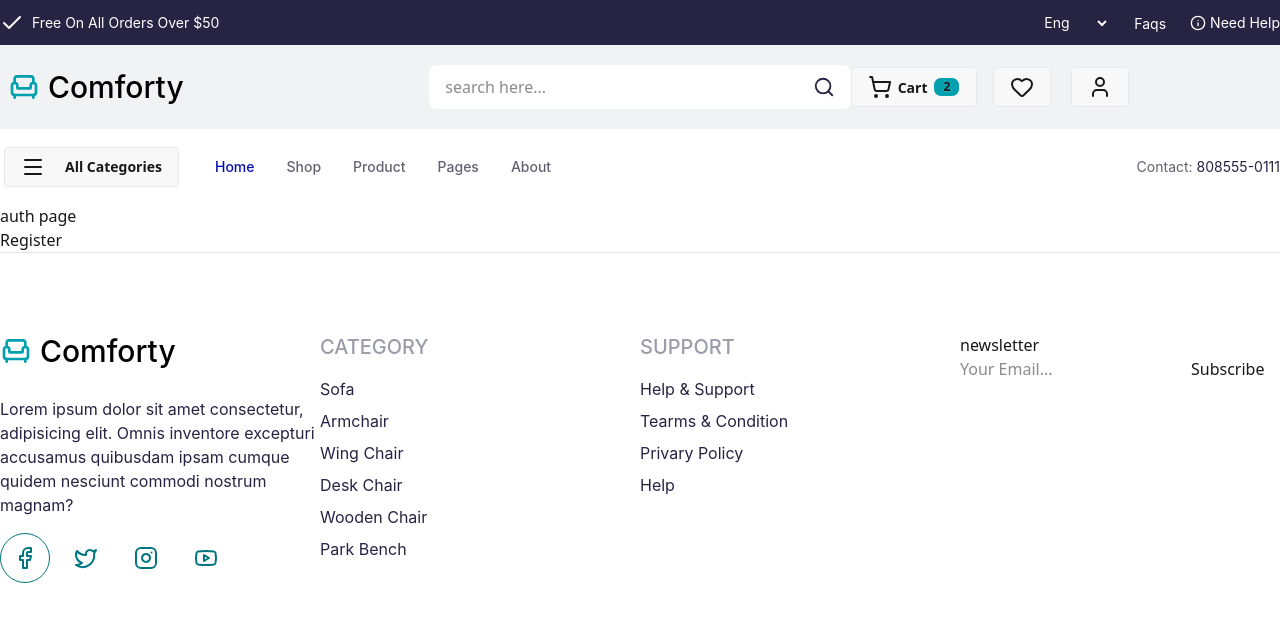
Repository: Neda0o0/store-template-website
Page: /auth/register
The author's editor kept a copy of each file at every save. The page is drawn from the files as they stood at one save, then again after the next save.
The browser window is 1280 px wide. The pictures show the whole page.
The project was rebuilt for these pictures with package versions that can differ from the ones it lists, and the page was loaded fresh each time. Also part of the build but not shown: vite.config.js, src/components/Banner/Banner.jsx, src/components/Delivery/Delivery.jsx, src/components/Brand/Brand.jsx, src/components/SectionTitle/SectionTitle.jsx, src/components/Features/Features.jsx, src/components/Categories/Categories.jsx, src/components/Product/Product.jsx and 6 more.

Above is the page before, as saved 2025-10-27 16:57:41.

After the next save:
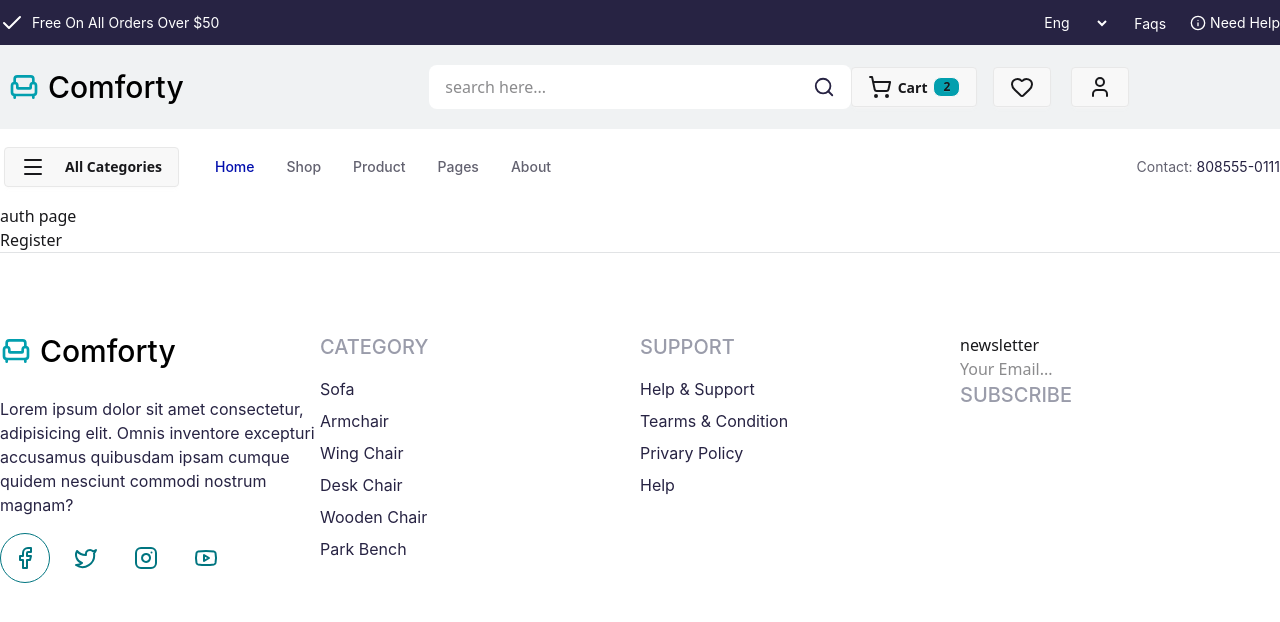
Saved 32 s later.
--- a/src/components/Footer/Footer.jsx
+++ b/src/components/Footer/Footer.jsx
@@ -108,7 +108,12 @@ const Footer = () => {
               <h3>newsletter</h3>
               <form action="#">
                 <input type="email" placeholder="Your Email..." />
-                <button type="submit">Subscribe</button>
+                <button
+                  type="submit"
+                  className="text-xl text-[#9a9caa] font-inter font-medium uppercase"
+                >
+                  Subscribe
+                </button>
               </form>
             </div>
           </div>
